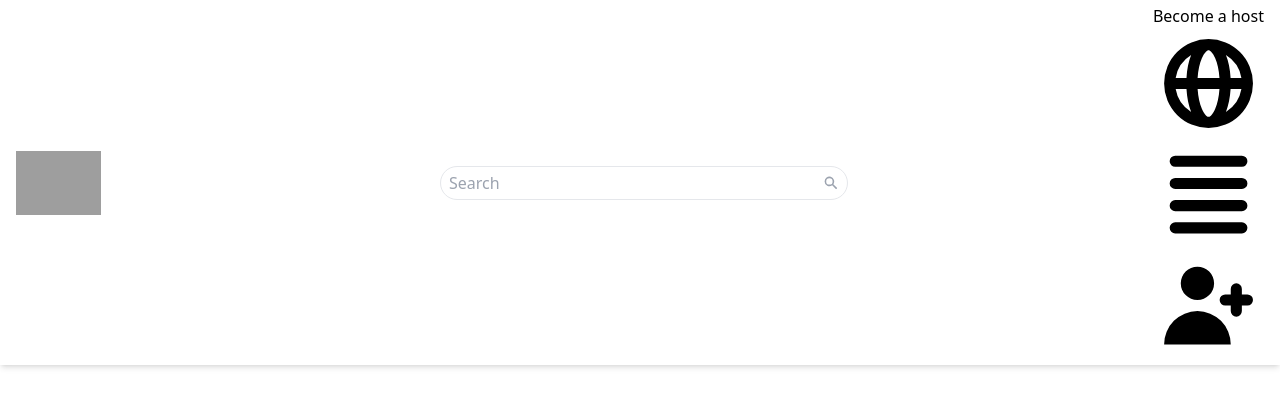
Repository: BroDudeeee/Airbnb-Clone
Page: /
These files come from the project's save history. The page is drawn as it stood at one moment and after the next save; the edit follows.
The browser window is 1280 px wide. The pictures show the whole page.
Pictures or frames that could not be fetched are drawn as grey boxes. The project was rebuilt for these pictures with package versions that can differ from the ones it lists, and the page was loaded fresh each time. The framework's server and built-in components were replaced by stand-ins that run in the browser. Also part of the build but not shown: next.config.js.

Above is the page before, as saved 2022-06-20 20:53:10.

After the next save:
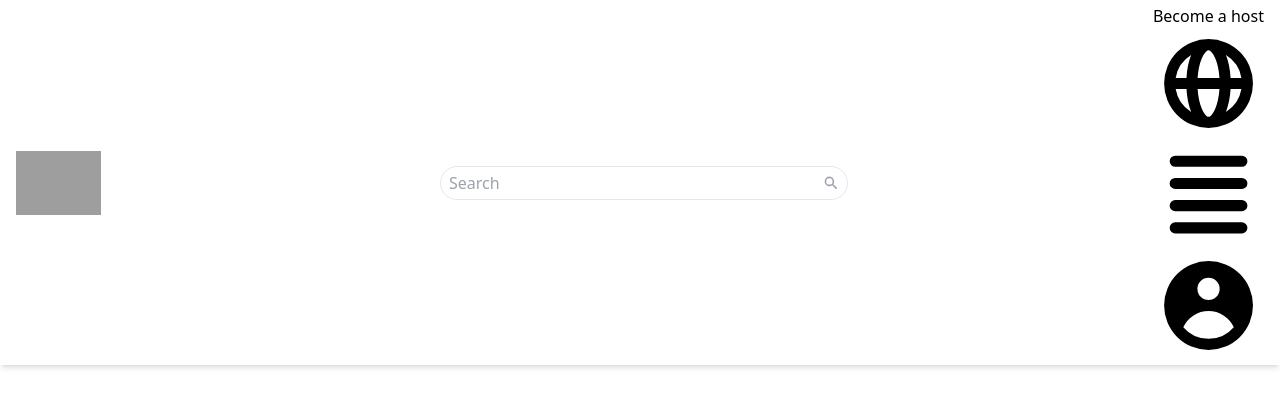
Saved 8 s later.
--- a/components/Header.js
+++ b/components/Header.js
@@ -1,5 +1,5 @@
 import Image from 'next/image'
-import { GlobeAltIcon, SearchIcon, UserAddIcon, UserIcon, ViewListIcon } from '@heroicons/react/solid'
+import { GlobeAltIcon, SearchIcon, UserAddIcon, UserCircleIcon, UserIcon, ViewListIcon } from '@heroicons/react/solid'
 
 const Header = () => {
   return (
@@ -32,7 +32,7 @@ const Header = () => {
           <p>Become a host</p>
           <GlobeAltIcon />
           <ViewListIcon />
-          <UserAddIcon />
+          <UserCircleIcon />
         </div>
         <div>
 
